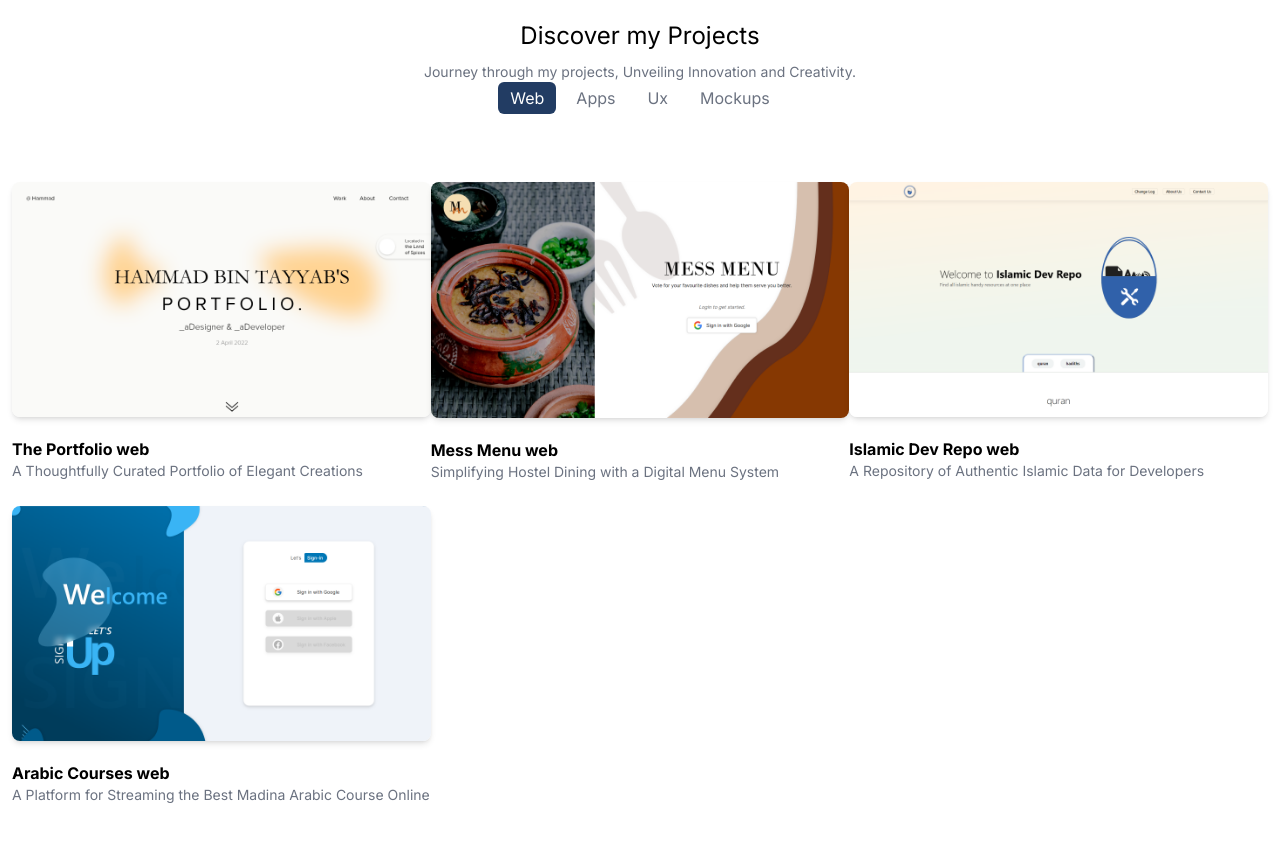
Repository: SpicierEwe/my_portfolio_v2
Page: /
An editor plug-in stored every save of this project. The page is shown before and after the next save, followed by the edit.
The browser window is 1280 px wide. The pictures show the whole page.
The project was rebuilt for these pictures with package versions that can differ from the ones it lists, and the page was loaded fresh each time. The framework's server and built-in components were replaced by stand-ins that run in the browser. Also part of the build but not shown: next.config.js, core/utils/customIcons.js, core/utils/utils.tsx, core/db/sub_db_data/ux_db.js.

Above is the page before, as saved 2024-04-22 11:11:10.

### app/page.tsx
import DevicePreview from "@/Components/Device_preview/device_preview";
import HeroSection from "@/Components/Hero_section/hero_section";
import WorkSection from "@/Components/Work_section/work_section";
import Image from "next/image";

export default function Home() {
  return (
    <main>
      {/* <div className="absolute z-30 overflow-hidden bottom-0 ">
        <DevicePreview  />
      </div> */}
      {/* <div className="overflow-hidden">
        <HeroSection />
      </div> */}

      <WorkSection />
    </main>
  );
}

### app/globals.css
@layer base {

  @font-face {
    font-family: 'Garamond';
    src: url('../public/fonts/EBGaramond-VariableFont_wght.ttf');

  }

  @font-face {
    font-family: 'Proxima Nova';
    src: url('../public/fonts/MarkSimonsonProximaNovaRegular.otf');
    font-weight: normal;
    font-style: normal;
  }


  @font-face {
    font-family: "Rage";
    src: url("../public/fonts/rage.ttf");
  }
}

@tailwind base;
@tailwind components;
@tailwind utilities;

:root {
  --foreground-rgb: 0, 0, 0;
  --background-start-rgb: 214, 219, 220;
  --background-end-rgb: 255, 255, 255;

}

@media (prefers-color-scheme: dark) {
  :root {
    --foreground-rgb: 255, 255, 255;
    --background-start-rgb: 0, 0, 0;
    --background-end-rgb: 0, 0, 0;
  }
}

body {

  /* background: #F5F5F5; */
}

### Components/Work_section/work_section.tsx
"use client";

import { db } from "../../core/db/db";
import Image from "next/image";
import Link from "next/link";
import { useState } from "react";

export default function WorkSection() {
  const navItems: string[] = Object.keys(db.portfolioItems);
  const [selectedNavItemIndex, setSelectedNavItemIndex] = useState<number>(0);
  return (
    <section className="">
      {/* header */}
      <header className="flex flex-col items-center pt-5">
        <h2 className="text-center text-2xl">Discover my Projects</h2>
        <p className="text-center text-sm mt-2.5 text-gray-500">
          Journey through my projects, Unveiling Innovation and Creativity.
        </p>
      </header>
      {/* nav */}
      <nav>
        <ul className="flex justify-center mt-6 gap-2 flex-wrap">
          {navItems.map((item, index) => {
            const isSelected: Boolean = selectedNavItemIndex == index;
            return (
              <li
                className={`${
                  isSelected ? "bg-brand-color" : ""
                } px-3 py-1 rounded-md cursor-pointer`}
                onClick={() => setSelectedNavItemIndex(index)}
                key={index}
              >
                <Link
                  href="#"
                  className={`${
                    isSelected ? "text-white" : "text-gray-500"
                  } capitalize`}
                >
                  {item}
                </Link>
              </li>
            );
          })}
        </ul>
      </nav>

      <main>
        {/* projects */}
        <div className="grid grid-cols-1 md:grid-cols-2 lg:grid-cols-3 gap-4 mt-14 px-3 py-3">
          {(db.portfolioItems as any)[navItems[selectedNavItemIndex]].map(
            (item: any, index: number) => {
              const selectedNavItemName: string =
                navItems[selectedNavItemIndex];
              const projectName: string = item["projectName"];
              const imageLink: string = item["imageLink"];
              const tagLine = item["projectTagLine"];
              return (
                <div key={index}>
                  {
                    <Image
                      className="shadow-md rounded-lg"
                      src={imageLink}
                      alt={projectName}
                      height={200}
                      width={200}
                      layout="responsive"
                    ></Image>
                  }
                  <div className="ml-1 mb-6 mt-5">
                    <p className=" font-bold">
                      {projectName} {selectedNavItemName}
                    </p>
                    <p className="text-gray-500 text-sm">{tagLine}</p>
                  </div>
                </div>
              );
            }
          )}
        </div>
      </main>
    </section>
  );
}

### core/db/db.js
import { websitesDb } from "./sub_db_data/websites_db";
import { appsDb } from "./sub_db_data/apps_db";
import { uxDb } from "./sub_db_data/ux_db";
import { mockupsDb } from "./sub_db_data/mockups_db";

export const db = {
  portfolioItems: {
    web: websitesDb,
    apps: appsDb,
    ux: uxDb,
    mockups: mockupsDb,
  },
};

### core/db/sub_db_data/websites_db.js
import { embedCustomLinks } from "../../utils/utils";

export const websitesDb = [
  {
    projectName: "The Portfolio",
    projectId: "e2f9658b-f9bb-4d2c-ac8c-113a56d9204f",
    projectTagLine: "A Thoughtfully Curated Portfolio of Elegant Creations",
    link: "https://hammadtayyab.vercel.app/",
    imageLink: "/images/websites/my_portfolio.png",
    info: "This portfolio project showcases a minimalist design, highlighting my work and skills with clarity and finesse. The aim was to provide a seamless user experience and intuitive navigation, creating a comprehensive and sophisticated display of my professional journey.",
    roles: [
      "Data Analyst",
      "Designer",
      "Developer",
      "Maintainer",
      "Product Manager",
      "Tester/Quality Assurance",
      "Researcher",
      "DevOps Engineer",
      "Technical Writer",
      "Project Manager",
    ],
    techStack: [
      "NextJs",
      "React",
      "TypeScript",
      "TailwindCSS",
      "HTML",
      "CSS",
      "JavaScript",
      "Git",
      "Vercel",
    ],
  },
  {
    projectId: "566ec8d6-4d5d-4f22-9580-2c574f7122fb",
    projectName: "Mess Menu",
    projectTagLine: "Simplifying Hostel Dining with a Digital Menu System",
    link: "https://messmenu.vercel.app/",
    imageLink: "/images/websites/mess_menu.png",
    info: "This project streamlines the process of hostel dining by offering a digital menu system for students. Monthly menus are curated through community voting, allowing students to have a say in their dining options. Originating from a friend's final year project, the focus was on user-centric design and functionality, ensuring a seamless experience for all users.",
    roles: [
      "Data Analyst",
      "Designer",
      "Developer",
      "Maintainer",
      "Product Manager",
      "Tester/Quality Assurance",
      "Researcher",
      "DevOps Engineer",
      "Technical Writer",
      "Project Manager",
    ],
    techStack: [
      "NextJs",
      "React",
      "HTML",
      "CSS",
      "JavaScript",
      "Git",
      "Vercel",
      "Firebase",
      "Firebase Auth",
    ],
  },
  {
    projectId: "e3a52953-0a4d-43c3-b874-bd55925f6a7e",
    projectName: "Islamic Dev Repo",
    projectTagLine: "A Repository of Authentic Islamic Data for Developers",
    link: "https://islamic-dev-repo.vercel.app/",
    imageLink: "/images/websites/islamic_dev_repo.png",
    info: "This project offers developers a curated repository of reliable Islamic data that can be seamlessly integrated into various applications. With a focus on authenticity and compatibility across multiple devices, this repository provides a trustworthy source of information for developers working on Islamic-related projects.",
    roles: [
      "Data Analyst",
      "Designer",
      "Developer",
      "Maintainer",
      "Product Manager",
      "Tester/Quality Assurance",
      "Researcher",
      "DevOps Engineer",
      "Technical Writer",
      "Project Manager",
    ],
    techStack: [
      "NextJs",
      "React",
      "HTML",
      "CSS",
      "JavaScript",
      "Git",
      "Vercel",
      "Python",
    ],
  },
  {
    projectId: "87693335-b9d6-434c-8428-5d8266482050",
    projectName: "Arabic Courses",
    projectTagLine:
      "A Platform for Streaming the Best Madina Arabic Course Online",
    link: "https://arabiccourses.vercel.app/",
    imageLink: "/images/websites/arabic_courses.png",
    info: `The goal of this project was to establish an online platform for the popular Madina Arabic course, allowing users to stream videos from the cloud and track their progress. Initially, the videos were only available for download, but this platform offers a more convenient streaming experience. You can learn more about the course at ${embedCustomLinks(
      {
        link: "https://abdurrahman.org/arabic-learning/dvds/",
        title: "AbdurRahman.Org",
      }
    )}. Arabic Courses enhances accessibility and convenience for users, making the learning process smoother and more enjoyable.`,
    roles: [
      "Data Analyst",
      "Designer",
      "Developer",
      "Maintainer",
      "Product Manager",
      "Tester/Quality Assurance",
      "Researcher",
      "DevOps Engineer",
      "Technical Writer",
      "Project Manager",
    ],
    techStack: [
      "NextJs",
      "React",
      "HTML",
      "CSS",
      "JavaScript",
      "Git",
      "Vercel",
      "Firebase",
      "Firebase Auth",
    ],
  },
];

### core/db/sub_db_data/apps_db.js
import { embedCustomLinks } from "../../utils/utils";

export const appsDb = [
  {
    projectId: "38384ae3-5586-40be-b025-c9c3ad1094ef",
    projectName: "al Qur'an",
    projectTagLine: "All about the Qur'an in one app.",

    link: "https://play.google.com/store/apps/details?id=com.spicierewe.al_quran",

    imageLink: "/images/apps/al_quran.png",

    info: `The "al Qur'an" app offers a comprehensive experience of the Qur'an for users around the world. It includes a wide range of translations in various languages, tafseer (exegesis), access to over 49 reciters and translators, and much more. All data is sourced from the reliable platform ${embedCustomLinks(
      { link: "https://quran.com", title: "quran.com" }
    )}.`,

    roles: [
      "Data Analyst",
      "Designer",
      "Developer",
      "Maintainer",
      "Product Manager",
      "Tester/Quality Assurance",
      "Researcher",
      "DevOps Engineer",
      "Technical Writer",
      "Project Manager",
    ],

    techStack: ["Flutter", "Dart", "Git", "Adobe XD"],

    platforms: ["Android"],
  },
  {
    projectId: "1eeb435f-acbd-41e8-b826-440959bb6a57",
    projectName: "Riddle Me",
    projectTagLine: "Riddle Me: Unraveling Minds, One Clue at a Time!",

    link: "https://play.google.com/store/apps/details?id=com.spicierewe.RiddleMe",

    imageLink: "/images/apps/riddle_me.png",

    info: "Riddle Me is an engaging and challenging game designed to test your intelligence and problem-solving skills. This game stimulates creative thinking and encourages you to approach problems from different perspectives.",

    roles: [
      "Data Analyst",
      "Designer",
      "Developer",
      "Maintainer",
      "Product Manager",
      "Tester/Quality Assurance",
      "Researcher",
      "DevOps Engineer",
      "Technical Writer",
      "Project Manager",
    ],

    techStack: ["Flutter", "Dart", "Git", "Adobe XD"],

    platforms: ["Android"],
  },
  {
    projectId: "2ae7005c-16e2-4fe5-b7b0-20f5f826321e",
    projectName: "Food Deals",
    projectTagLine: "Find the best food deals at your fingertips.",

    link: "https://play.google.com/store/apps/details?id=com.spicierewe.food_deals",

    imageLink: "/images/apps/food_deals.png",

    info: "Food Deals is an app that helps users discover the best offers and discounts on their favorite food delivery services. Save money and enjoy your favorite meals by comparing prices across different platforms.",

    roles: [
      "Data Analyst",
      "Designer",
      "Developer",
      "Maintainer",
      "Product Manager",
      "Tester/Quality Assurance",
      "Researcher",
      "DevOps Engineer",
      "Technical Writer",
      "Project Manager",
    ],

    techStack: ["Flutter", "Dart", "Git", "Adobe XD"],

    platforms: ["Android"],
  },
  {
    projectId: "627de94f-59b4-4f85-bcf4-df6fbf22714e",
    projectName: "Hadith Collection",
    projectTagLine: "Access authentic hadiths of the Prophet Muhammad (pbuh).",

    link: "https://play.google.com/store/apps/details?id=com.spicierewe.ahadith_collection",

    imageLink: "/images/apps/ahadith_collection.png",

    info: `The "Hadith Collection" app provides a comprehensive and authentic collection of hadiths of the Prophet Muhammad (pbuh). It includes data from various reputable sources such as ${embedCustomLinks(
      { link: "https://sunnah.com", title: "sunnah.com" }
    )} for Arabic and English, and ${embedCustomLinks({
      link: "https://github.com/pakjiddat/islam-companion-web-api",
      title: "islam-companion-web-api",
    })} for Urdu data.`,

    roles: [
      "Data Analyst",
      "Designer",
      "Developer",
      "Maintainer",
      "Product Manager",
      "Tester/Quality Assurance",
      "Researcher",
      "DevOps Engineer",
      "Technical Writer",
      "Project Manager",
    ],

    techStack: ["Flutter", "Dart", "Git", "Adobe XD"],

    platforms: ["Android"],
  },
  {
    projectId: "7468bdef-5b24-454e-ae99-dd0a558441d7",
    projectName: "Study Practice",
    projectTagLine: "Practice makes perfect.",

    link: "https://play.google.com/store/apps/details?id=com.spicierewe.study_practice",

    imageLink: "/images/apps/study_practice.png",

    info: "Study Practice is a study companion app designed to help students prepare for competitive exams such as NEET and JEE. The app offers past exam questions, mock tests, and real-time progress tracking along with official study material.",

    roles: [
      "Data Analyst",
      "Designer",
      "Developer",
      "Maintainer",
      "Product Manager",
      "Tester/Quality Assurance",
      "Researcher",
      "DevOps Engineer",
      "Technical Writer",
      "Project Manager",
    ],

    techStack: ["Flutter", "Dart", "Git", "Adobe XD"],

    platforms: ["Android"],
  },
];

### core/db/sub_db_data/mockups_db.js
export const mockupsDb = [
  {
    phone_mockup_links: [],
    other_mockup_links: [
      "/images/mockups/eat_healthy_mockup.svg",
      "/images/mockups/bot_mockup_theme_light.svg",
      "/images/mockups/bot_mockup_theme_dark.svg",
      "/images/mockups/the_perfume_lab_price_list.png",
      "/images/mockups/noraty_business_hero_section.svg",
      "/images/mockups/gr_showcase.png",
      "/images/mockups/just_moved_showcase.png",
      "/images/mockups/archer_product_design.png",
      "/images/mockups/the_connection_poster.png",
      "/images/mockups/social_flow_flyer.png",
      "/images/mockups/LVD_roll_up_banner.png",
      "/images/mockups/ATS_flyer.png",
    ],
  },
];

### tailwind.config.js
const { reverse } = require("dns");
const defaultTheme = require("tailwindcss/defaultTheme");

/** @type {import('tailwindcss').Config} */
module.exports = {
  content: [
    "./pages/**/*.{js,ts,jsx,tsx,mdx}",
    "./components/**/*.{js,ts,jsx,tsx,mdx}",
    "./app/**/*.{js,ts,jsx,tsx,mdx}",
    "./core/**/*.{js,ts,jsx,tsx,mdx}",
  ],
  theme: {
    extend: {
      screens: { xs: { max: "640px" } },

      maxWidth: {
        "120rem": "120rem",
      },

      backgroundImage: {
        "gradient-radial": "radial-gradient(var(--tw-gradient-stops))",
        "gradient-conic":
          "conic-gradient(from 180deg at 50% 50%, var(--tw-gradient-stops))",
      },

      colors: {
        "brand-color": "#223c63",
        "primary-color": "#ffffff",
        "secondary-color": "#00A699",
        "accent-color": "#779ace",
      },

      keyframes: {
        wiggle: {
          "0%, 100%": { transform: "rotate(-3deg)" },
          "50%": { transform: "rotate(3deg)" },
        },

        levitate: {
          "0%": { transform: "translateY(50px)" },
          "50%": { transform: "translateY(-30px)  scale(1.1)" },
          "100%": { transform: "translateY(50px)" },
        },
        levitate_reverse: {
          "0%": { transform: "translateY(-90px)" },
          "50%": { transform: "translateY(30px)  scale(1.1)" },
          "100%": { transform: "translateY(-90px)" },
        },
      },

      animation: {
        "spin-slow": "spin 3s linear infinite",
        wiggle: "wiggle 1s ease-in-out infinite",
        levitate: "levitate 5s ease-in-out infinite",
        levitate_reverse: "levitate_reverse 5s ease-in-out infinite reverse",
      },

      fontFamily: {
        garmond: ["Garmond", ...defaultTheme.fontFamily.serif],
        custom_sans: ["Proxima Nova", ...defaultTheme.fontFamily.sans],
      },

      height: {
        dvh: "100dvh",
      },
    },
  },

  variants: {
    backgroundColor: ["responsive", "hover", "focus", "active"],
  },

  plugins: [],
};

Loaded but not shown: app/layout.tsx (common file)

After the next save:
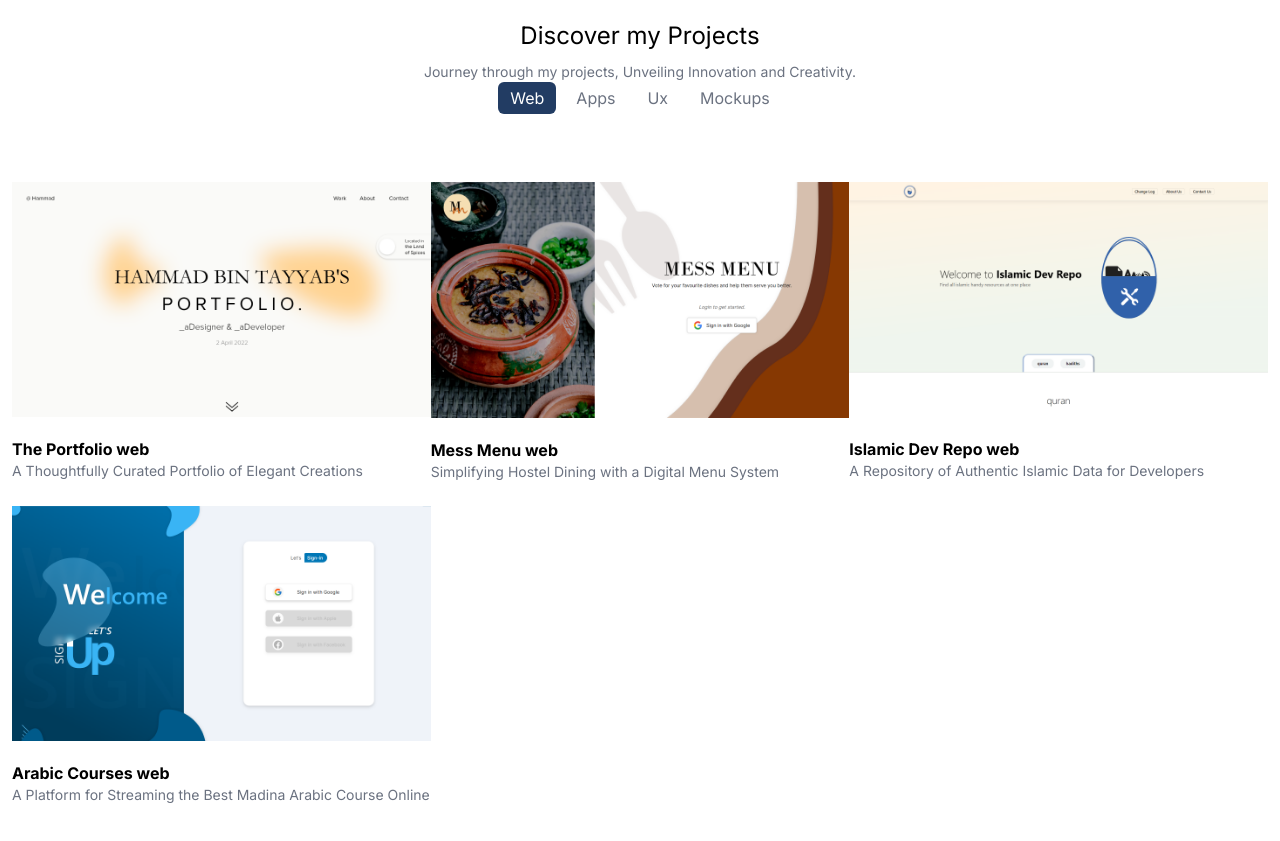
Saved 3 min 58 s later.
--- a/Components/Work_section/work_section.tsx
+++ b/Components/Work_section/work_section.tsx
@@ -58,7 +58,7 @@ export default function WorkSection() {
                 <div key={index}>
                   {
                     <Image
-                      className="shadow-md rounded-lg"
+                      className=""
                       src={imageLink}
                       alt={projectName}
                       height={200}
